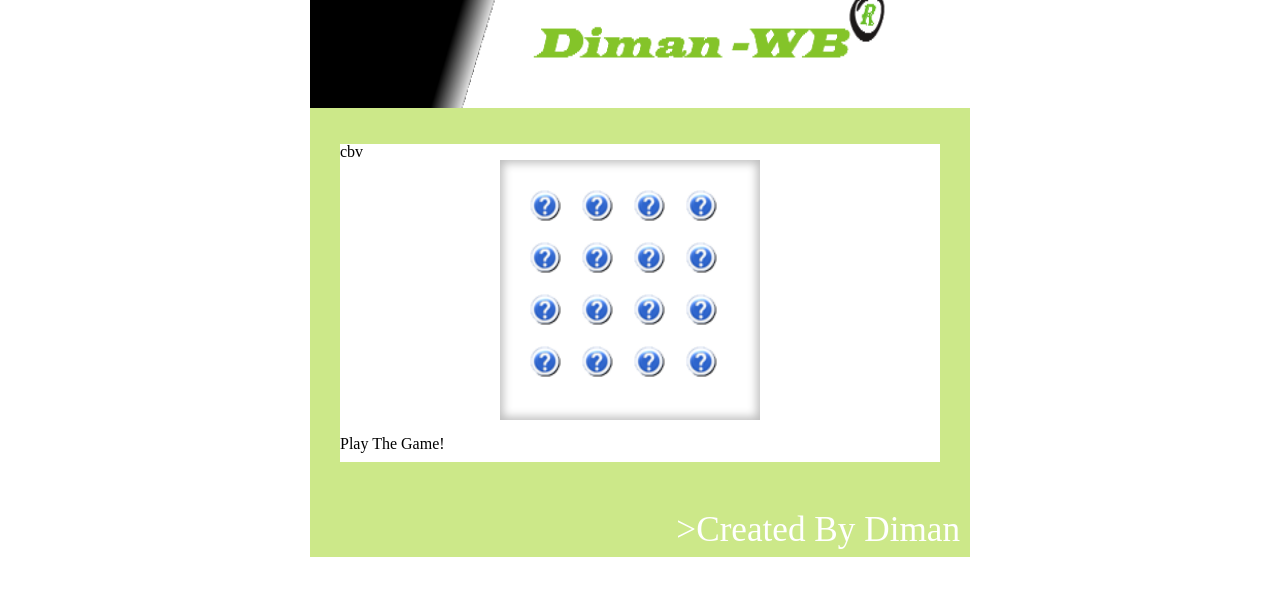
Repository: dn222em/1dv403-laborationer
Page: 3-gameon/index.html
The author's editor kept a record of every edit. The page is drawn from the files as they stood at one moment, then again after the next edit.
The browser window is 1280 px wide. The pictures show the whole page.

Above is the page before.

After the next edit:
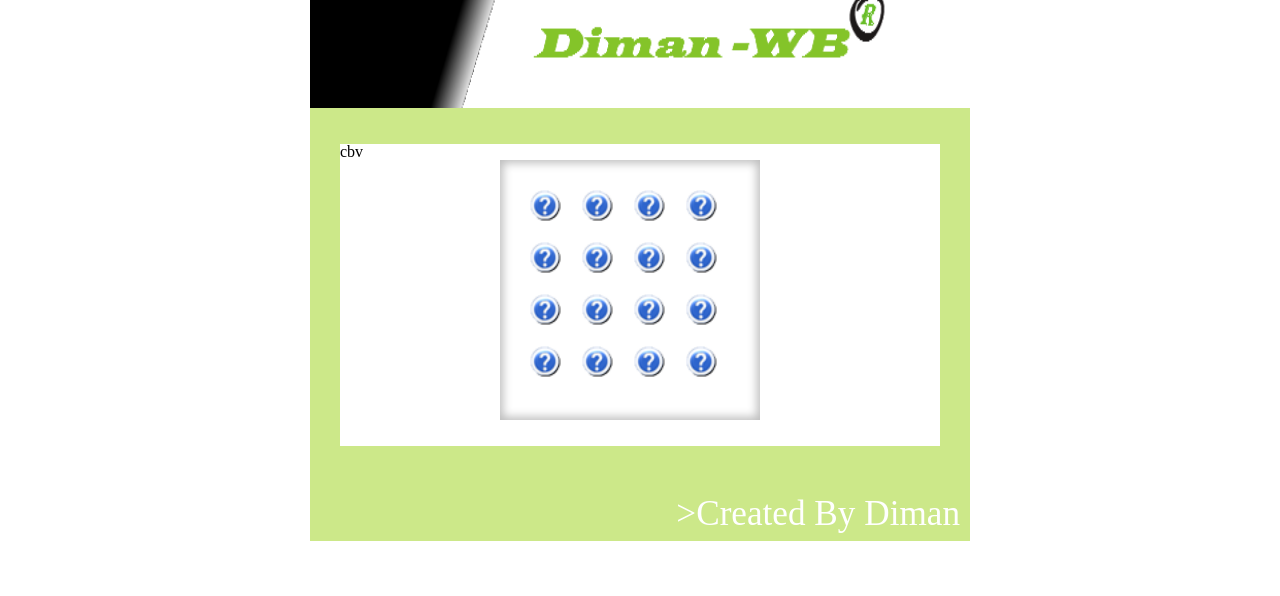
The edit:
--- a/3-gameon/index.html
+++ b/3-gameon/index.html
@@ -18,8 +18,9 @@
         cbv
         <div id="memoryBoard">
         </div>
-                <br />
-    <p>Play The Game!</p>
+                <br/>
+        <div id="score">
+        </div>
     </main>
             <footer id="footer"><p>>Created By Diman</p></footer>
     </div>
